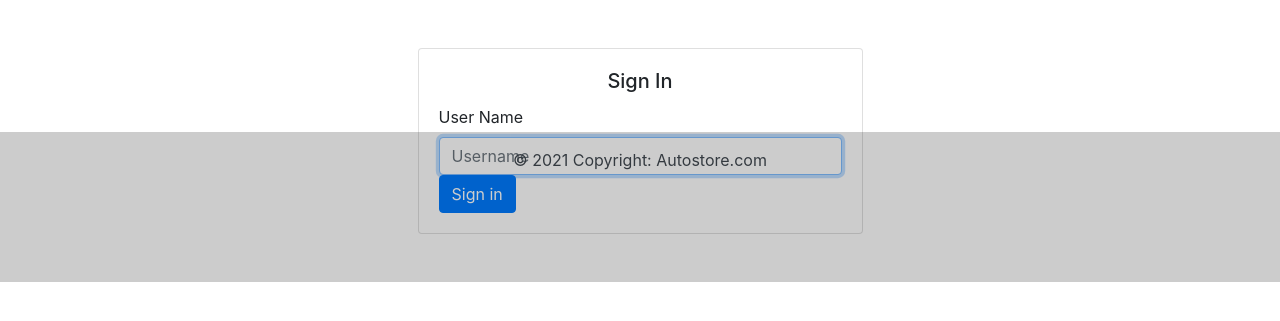
Repository: pravinsakthivel/ecommerce
Page: /
An editor plug-in stored every save of this project. The page is shown before and after the next save, followed by the edit.
The browser window is 1280 px wide. The pictures show the whole page.
The project was rebuilt for these pictures with package versions that can differ from the ones it lists, and the page was loaded fresh each time. Also part of the build but not shown: src/components/ProductItem.vue, src/components/UI/ShoppingCartIcon.vue, src/components/UI/NavigationBar.vue, src/components/UI/SearchBar.vue, src/components/ProductDescriptionModal.vue, src/components/ProductList.vue, src/components/PayPalComponent.vue, src/components/PaymentDetails.vue and 5 more.

Above is the page before, as saved 2021-04-10 20:45:29.

### public/index.html
<!DOCTYPE html>
<html lang="">
  <head>
    <meta charset="utf-8">
    <meta http-equiv="X-UA-Compatible" content="IE=edge">
    <meta name="viewport" content="width=device-width,initial-scale=1.0">
    <link rel="icon" href="<%= BASE_URL %>favicon.ico">
    <link href="https://fonts.googleapis.com/css?family=Nunito+Sans:400,400i,700,900&display=swap" rel="stylesheet">
    <title><%= htmlWebpackPlugin.options.title %></title>
  </head>
  <body>
    <noscript>
      <strong>We're sorry but <%= htmlWebpackPlugin.options.title %> doesn't work properly without JavaScript enabled. Please enable it to continue.</strong>
    </noscript>
    <div id="app"></div>
    <!-- built files will be auto injected -->
  </body>
</html>

### src/main.js
import { createApp } from 'vue';
import App from './App.vue';
import router from './router.js';
import store from './store.js';
import 'bootstrap';
import 'font-awesome/css/font-awesome.min.css';
import 'bootstrap/dist/css/bootstrap.min.css';
import BaseButton from "./components/UI/BaseButton.vue";
import BaseBadge from './components/UI/BaseBadge.vue';
import TheJumbotrom from './components/UI/TheJumbotron.vue';
import BaseModal from './components/UI/BaseModal.vue';



const app = createApp(App);
app.use(router);
app.use(store);
app.component('base-button',BaseButton);
app.component('base-badge',BaseBadge);
app.component('the-jumbotron',TheJumbotrom);
app.component('base-modal',BaseModal);
app.mount('#app');

### src/App.vue
<template>
 <router-view></router-view>
 <div class="text-center text-dark p-3 footer" style="background-color: rgba(0, 0, 0, 0.2);">
    © 2021 Copyright:
    <a class="text-dark" href="#">Autostore.com</a>
  </div>
</template>

<script>

export default {
  name: 'App',
}
</script>

<style >
body{
  height: 100%;
}
.footer {
  position: relative;
  margin-top: -150px; /* negative value of footer height */
  height: 150px;
}
</style>

### src/router.js
import { createRouter, createWebHistory } from "vue-router";
import ProductList from "./components/ProductList.vue";
import CartList from "./components/CartList.vue";
import OrderSuccessPage from "./components/UI/OrderSuccess.vue";
import LoginPage from "./components/UI/LoginPage.vue";

const router = createRouter({
  history: createWebHistory(),
  routes: [
    {
      path: "/",
      redirect: "/login",
    },
    {
      path: "/cartIems",
      component: CartList,
    },
    {
      path: "/products",
      component: ProductList,
    },
    {
      path: "/orderSuccessPage",
      component: OrderSuccessPage,
    },
    {
      path: "/login",
      component: LoginPage,
    },
  ],
});

export default router;

### src/store.js
import {createStore} from 'vuex';
import productModule from './store/products/index.js'

const store = createStore({
   modules:{
        products:productModule
   }
});

export default store;

### src/components/UI/BaseButton.vue
<template>
    <button
        class="btn btn-primary"
        type="submit"
        @click.prevent="clickAction"
      >
        <slot></slot>
      </button>
</template>
<script>
export default {
    emits:['click-action'],
    methods:{
        clickAction(){
            this.$emit('click-action');
        }
    }
}
</script>

### src/components/UI/LoginPage.vue
<template>
  <div class="container">
    <div class="row">
      <div class="col-sm-9 col-md-7 col-lg-5 mx-auto">
        <div class="card card-signin my-5">
          <div class="card-body">
            <h5 class="card-title text-center">Sign In</h5>
            <form class="form-signin">
              <div class="form-label-group">
                <label for="userName">User Name</label>
                <input
                  type="text"
                  id="userName"
                  class="form-control"
                  :class="{ 'is-invalid': errorClass }"
                  placeholder="Username"
                  required
                  autofocus
                  v-model="userName"
                />
              </div>
              <base-button
                customClass="btn mt-3  btn-primary btn-block text-uppercase"
                @click-action="login"
                >Sign in</base-button
              >
            </form>
          </div>
        </div>
      </div>
    </div>
  </div>
</template>
<script>
export default {
  data() {
    return {
      userName: "",
      errorClass: false,
    };
  },
  methods: {
    login() {
      if (this.userName != "") {
        this.errorClass = false;
        this.$store.dispatch("products/setUser", this.userName);
        this.$router.push("/products");
      } else {
        this.errorClass = true;
      }
    },
  },
};
</script>

### src/store/products/index.js
import actions from './actions.js';
import getters from './getters.js';
import mutations from './mutations.js';

export default{
    namespaced:true,
    state(){
        return{
            products: [],
            cartItems: [],
            productsIdsInCart:[],
            searchedItems:[],
            lastUpdated:null,
            loggedInUser :''
        }
    },
    actions,
    getters,
    mutations
}

### src/store/products/actions.js
export default {
  async loadProducts(context,forceRefresh) {
    console.log(context.getters.shouldRefresh , forceRefresh);
    if(!context.getters.shouldRefresh && !forceRefresh){
      console.log("sending cache data");
      return;
    }
    console.log("sending fetched data");
    let url = `https://products-data-b01f9-default-rtdb.firebaseio.com/products/-MXaxOFKGRgCKs_OkzrR.json`;
    let response = await fetch(url);
    let responseData = await response.json();
    context.commit("setProducts", responseData);
    context.commit("setTimeStamp");
  },
  setProducts(context, payload) {
    context.commit("setProducts", payload);
  },
  addProductItemToCart(context, product) {
    let cartItems = [...context.getters.getCartItems, product];
    context.dispatch("addProductIdInCart", product.productId);
    context.commit("setCartItems", cartItems);
  },
  addProductIdInCart(context, data) {
    let productIdsInCart = [...context.getters.getproductIdsIncart, data];
    context.commit("setProductIdsInCart", productIdsInCart);
  },
  setCartItems(context, data) {
    context.commit("setCartItems", data);
  },
  removeCartItem(context, productId) {
    let cartItems = context.getters.getCartItems;
    let filteredItems = cartItems.filter((item) => {
      return item.productId != productId;
    });
    context.dispatch("removeProductIdInCart", productId);
    context.commit("setCartItems", filteredItems);
  },
  removeProductIdInCart(context, productId) {
    let productIdsInCart = context.getters.getproductIdsIncart;
    const index = productIdsInCart.indexOf(productId);
    if (index > -1) {
      productIdsInCart.splice(index, 1);
    }
    context.commit("setProductIdsInCart", productIdsInCart);
  },
  setSearchedItems(context, payload) {
    context.commit("setSearchedItems", payload);
  },
  setUser(context,userName){
    context.commit("setUser",userName);
  },
  resetProductIdsInCart(context){
    context.commit("setProductIdsInCart",[])
  }
};

### src/store/products/getters.js
export default {
  getProducts(state) {
    return state.products;
  },
  getCartItems(state) {
    return state.cartItems;
  },
  getproductIdsIncart(state) {
    return state.productsIdsInCart;
  },
  shouldRefresh(state) {
    let lastUpdate = state.lastUpdated;
    if (!lastUpdate) {
      return true;
    }
    const currentTimeStamp = new Date().getTime();
    return (currentTimeStamp - lastUpdate) / 1000 > 60;
  },
  getSearchItems(state){
      return state.searchedItems;
  },
  getLoggedInUser(state){
    return state.loggedInUser;
  }
};

### src/store/products/mutations.js
export default {
  setCartItems(state, payload) {
    state.cartItems = payload;
  },
  setProducts(state, payload) {
    state.products = payload;
  },
  setProductIdsInCart(state, payload) {
    state.productsIdsInCart = payload;
  },
  setTimeStamp(state) {
    state.lastUpdated = new Date().getTime();
  },
  setSearchedItems(state, payload) {
    state.searchedItems = payload;
  },
  setUser(state, userName) {
    state.loggedInUser = userName;
  },
};

After the next save:
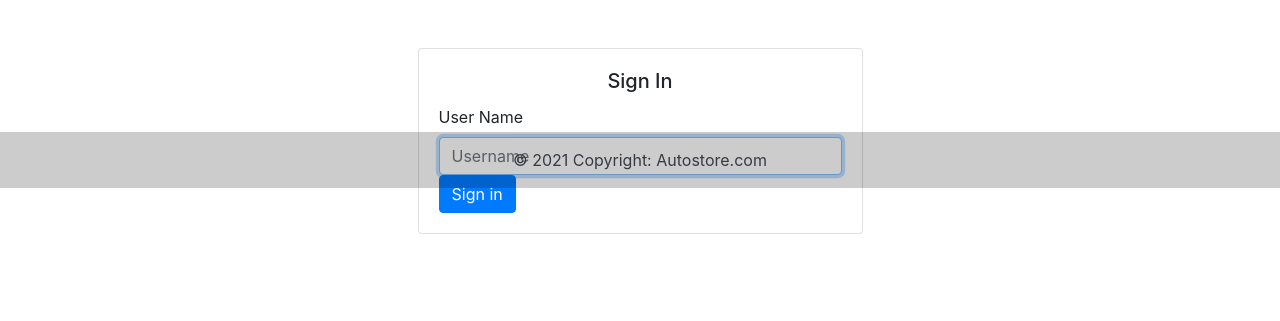
Saved 20 s later.
--- a/src/App.vue
+++ b/src/App.vue
@@ -20,6 +20,5 @@ body{
 .footer {
   position: relative;
   margin-top: -150px; /* negative value of footer height */
-  height: 150px;
 }
 </style>
